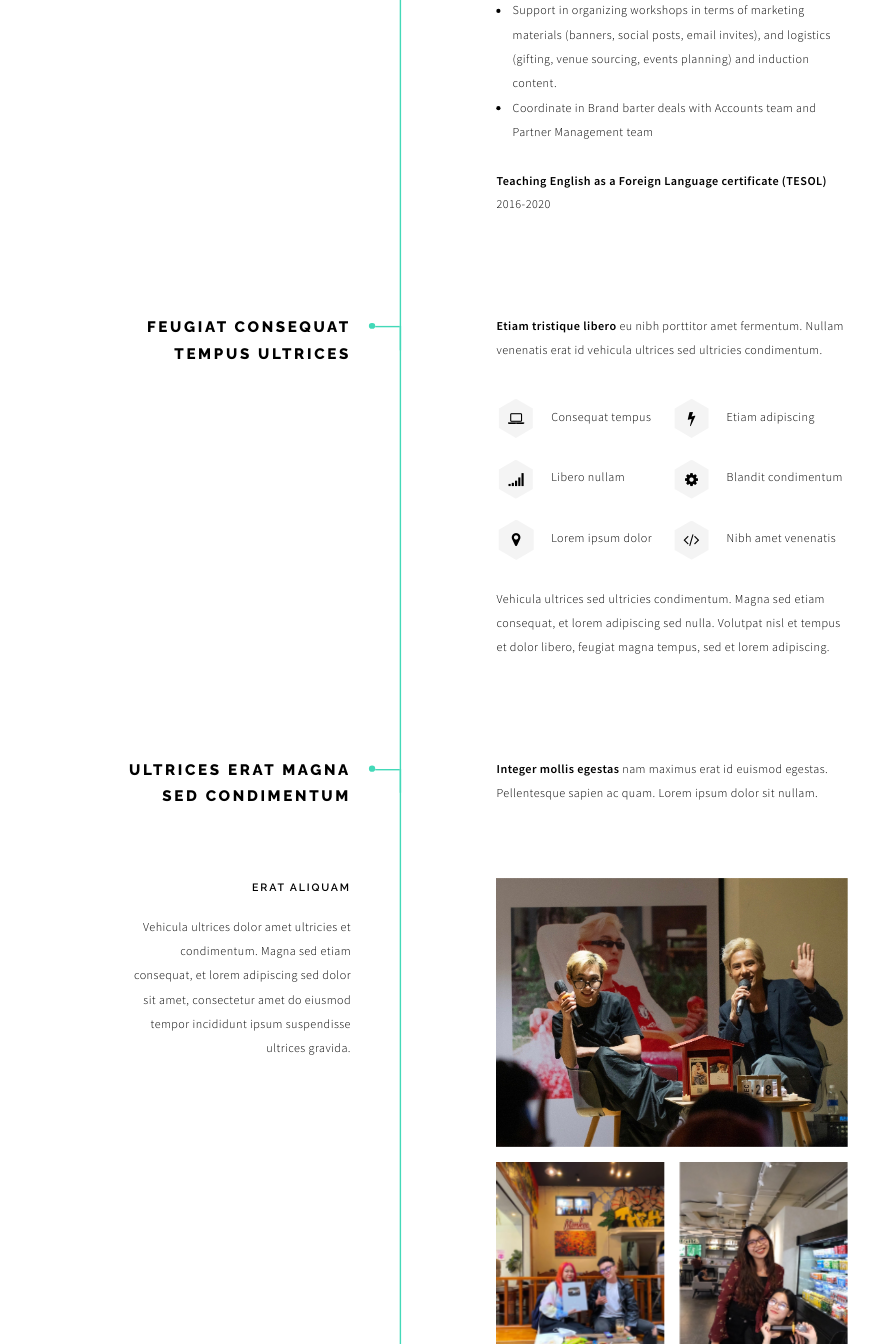
Repository: leonardin999/linh-porfolios
Page: index.html
The author's editor kept a copy of each file at every save. The page is drawn from the files as they stood at one save, then again after the next save.
The browser window is 1280 px wide. The pictures show the part of the page from y = 1312 to 3232 px (the page is 6700 px tall before and 7393 px after), at 70% of full size.

Above is the page before, as saved 2023-01-22 21:43:11.

### index.html
<!DOCTYPE html>
<!--
	Paradigm Shift by HTML5 UP
	html5up.net | @ajlkn
	Free for personal and commercial use under the CCA 3.0 license (html5up.net/license)
-->
<html>
  <head>
    <title>Linh's Porfolio</title>
    <meta charset="utf-8" />
    <meta
      name="viewport"
      content="width=device-width, initial-scale=1, user-scalable=no"
    />
    <meta name="description" content="" />
    <meta name="keywords" content="" />
    <link rel="stylesheet" href="assets/css/main.css" />
  </head>
  <body class="is-preload">
    <!-- Wrapper -->
    <div id="wrapper">
      <!-- Intro -->
      <section class="intro">
        <header>
          <h1>PARTNERSHIP MARKETING EXECUTIVE</h1>
          <p>
            I believe in "edutainment" which can help everyone absorb knowledge
            easily. I am interested in both education and entertainment and
            combine them in my projects.
          </p>
          <ul class="actions">
            <li>
              <a href="#first" class="arrow scrolly"
                ><span class="label">Next</span></a
              >
            </li>
          </ul>
        </header>
        <div class="content">
          <span class="image fill" data-position="center"
            ><img src="images/pic01.jpg" alt=""
          /></span>
        </div>
      </section>

      <!-- Section -->
      <section id="first">
        <header>
          <h2>Experiences</h2>
        </header>
        <div class="content">
            <strong>METUB NETWORK | May, 2021 - Present</strong>
            <br><strong>Partnership Marketing Executive</strong></br>
            <ul class="">
              <li class="">Create awareness of marketing campaigns to train and educate YouTube creators to grow their channels</li>
              <li class="">Write copy for diverse marketing distributions (posters, Facebook posts for events, newsletters)</li>
              <li class="">Work closely with in-house Creative team to design marketing materials such as brochures, deck templates, newsletters, event posters</li>
              <li class="">Support in producing Monthly Newsletters to creators and YouTube partners, highlighting trending content and YouTube platform updates</li>
              <li class="">Support in partner- related projects and workshops as assigned by direct manager</li>
              <li class="">Support in organizing workshops in terms of marketing materials (banners, social posts, email invites), and logistics (gifting, venue sourcing, events planning) and induction content.</li>
              <li class="">Coordinate in Brand barter deals with Accounts team and Partner Management team</li>
            </ul>

            <strong>Teaching English as a Foreign Language certificate (TESOL)</strong>
            <br>2016-2020</br>
          </p>
        </div>
      </section>

      <!-- Section -->
      <section>
        <header>
          <h2>Feugiat consequat tempus ultrices</h2>
        </header>
        <div class="content">
          <p>
            <strong>Etiam tristique libero</strong> eu nibh porttitor amet
            fermentum. Nullam venenatis erat id vehicula ultrices sed ultricies
            condimentum.
          </p>
          <ul class="feature-icons">
            <li class="icon fa-laptop">Consequat tempus</li>
            <li class="icon fa-bolt">Etiam adipiscing</li>
            <li class="icon fa-signal">Libero nullam</li>
            <li class="icon fa-gear">Blandit condimentum</li>
            <li class="icon fa-map-marker">Lorem ipsum dolor</li>
            <li class="icon fa-code">Nibh amet venenatis</li>
          </ul>
          <p>
            Vehicula ultrices sed ultricies condimentum. Magna sed etiam
            consequat, et lorem adipiscing sed nulla. Volutpat nisl et tempus et
            dolor libero, feugiat magna tempus, sed et lorem adipiscing.
          </p>
        </div>
      </section>

      <!-- Section -->
      <section>
        <header>
          <h2>Ultrices erat magna sed condimentum</h2>
        </header>
        <div class="content">
          <p>
            <strong>Integer mollis egestas</strong> nam maximus erat id euismod
            egestas. Pellentesque sapien ac quam. Lorem ipsum dolor sit nullam.
          </p>

          <!-- Section -->
          <section>
            <header>
              <h3>Erat aliquam</h3>
              <p>
                Vehicula ultrices dolor amet ultricies et condimentum. Magna sed
                etiam consequat, et lorem adipiscing sed dolor sit amet,
                consectetur amet do eiusmod tempor incididunt ipsum suspendisse
                ultrices gravida.
              </p>
            </header>
            <div class="content">
              <div class="gallery">
                <a href="images/gallery/fulls/01.jpg" class="landscape"
                  ><img src="images/gallery/thumbs/01.jpg" alt=""
                /></a>
                <a href="images/gallery/fulls/02.jpg"
                  ><img src="images/gallery/thumbs/02.jpg" alt=""
                /></a>
                <a href="images/gallery/fulls/03.jpg"
                  ><img src="images/gallery/thumbs/03.jpg" alt=""
                /></a>
                <a href="images/gallery/fulls/04.jpg" class="landscape"
                  ><img src="images/gallery/thumbs/04.jpg" alt=""
                /></a>
              </div>
            </div>
          </section>

          <!-- Section -->
          <section>
            <header>
              <h3>Nisl consequat</h3>
              <p>
                Aenean ornare velit lacus, ac varius enim ullamcorper eu. Proin
                aliquam sed facilisis ante interdum congue. Integer mollis, nisl
                amet convallis, porttitor magna ullamcorper, amet mauris. Ut
                magna finibus nisi nec lacinia ipsum maximus.
              </p>
            </header>
            <div class="content">
              <div class="gallery">
                <a href="images/gallery/fulls/05.jpg" class="landscape"
                  ><img src="images/gallery/thumbs/05.jpg" alt=""
                /></a>
                <a href="images/gallery/fulls/06.jpg"
                  ><img src="images/gallery/thumbs/06.jpg" alt=""
                /></a>
                <a href="images/gallery/fulls/07.jpg"
                  ><img src="images/gallery/thumbs/07.jpg" alt=""
                /></a>
              </div>
            </div>
          </section>

          <!-- Section -->
          <section>
            <header>
              <h3>Lorem gravida</h3>
              <p>
                Proin aliquam facilisis ante interdum. Sed nulla amet lorem
                feugiat tempus aenean ornare velit lacus, ac varius sed enim
                lorem ullamcorper dolore. ac varius enim lorem ullamcorper
                dolore. Proin aliquam facilisis.
              </p>
            </header>
            <div class="content">
              <div class="gallery">
                <a href="images/gallery/fulls/08.jpg" class="portrait"
                  ><img src="images/gallery/thumbs/08.jpg" alt=""
                /></a>
                <a href="images/gallery/fulls/09.jpg" class="portrait"
                  ><img src="images/gallery/thumbs/09.jpg" alt=""
                /></a>
                <a href="images/gallery/fulls/10.jpg" class="landscape"
                  ><img src="images/gallery/thumbs/10.jpg" alt=""
                /></a>
              </div>
            </div>
          </section>
        </div>
      </section>

      <!-- Section -->
      <section>
        <header>
          <h2>Duis sed adpiscing veroeros amet</h2>
        </header>
        <div class="content">
          <p>
            <strong>Proin tempus feugiat</strong> sed varius enim lorem
            ullamcorper dolore aliquam aenean ornare velit lacus, ac varius enim
            lorem ullamcorper dolore.
          </p>
          <ul class="actions">
            <li><a href="#" class="button primary large">Get Started</a></li>
            <li><a href="#" class="button large">Learn More</a></li>
          </ul>
        </div>
      </section>

      <!-- Elements -->
      <!--
					<section>
						<header>
							<h2>Elements</h2>
						</header>
						<div class="content">

							<section>
								<header>
									<h3>Text</h3>
								</header>
								<div class="content">
									<p>This is <b>bold</b> and this is <strong>strong</strong>. This is <i>italic</i> and this is <em>emphasized</em>.
									This is <sup>superscript</sup> text and this is <sub>subscript</sub> text.
									This is <u>underlined</u> and this is code: <code>for (;;) { ... }</code>. Finally, <a href="#">this is a link</a>.</p>
									<hr />
									<h2>Heading Level 2</h2>
									<h3>Heading Level 3</h3>
									<h4>Heading Level 4</h4>
									<h5>Heading Level 5</h5>
									<hr />
									<h5>Blockquote</h5>
									<blockquote>Fringilla nisl. Donec accumsan interdum nisi, quis tincidunt felis sagittis eget tempus euismod. Vestibulum ante ipsum primis in faucibus vestibulum. Blandit adipiscing eu felis iaculis volutpat ac adipiscing accumsan faucibus. Vestibulum ante ipsum primis in faucibus lorem ipsum dolor sit amet nullam adipiscing eu felis.</blockquote>
									<h5>Preformatted</h5>
									<pre><code>i = 0;

while (!deck.isInOrder()) {
  print 'Iteration ' + i;
  deck.shuffle();
  i++;
}

print 'Sorted in ' + i + ' iterations.';</code></pre>
								</div>
							</section>

							<section>
								<header>
									<h3>Lists</h3>
								</header>
								<div class="content">

									<h4>Unordered</h4>
									<ul>
										<li>Dolor pulvinar etiam.</li>
										<li>Sagittis adipiscing.</li>
										<li>Felis enim feugiat.</li>
									</ul>

									<h4>Alternate</h4>
									<ul class="alt">
										<li>Dolor pulvinar etiam.</li>
										<li>Sagittis adipiscing.</li>
										<li>Felis enim feugiat.</li>
									</ul>

									<h4>Ordered</h4>
									<ol>
										<li>Dolor pulvinar etiam.</li>
										<li>Etiam vel felis viverra.</li>
										<li>Felis enim feugiat.</li>
										<li>Dolor pulvinar etiam.</li>
										<li>Etiam vel felis lorem.</li>
										<li>Felis enim et feugiat.</li>
									</ol>
									<h4>Icons</h4>
									<ul class="icons">
										<li><a href="#" class="icon fa-twitter"><span class="label">Twitter</span></a></li>
										<li><a href="#" class="icon fa-facebook"><span class="label">Facebook</span></a></li>
										<li><a href="#" class="icon fa-instagram"><span class="label">Instagram</span></a></li>
										<li><a href="#" class="icon fa-github"><span class="label">Github</span></a></li>
									</ul>

									<h4>Actions</h4>
									<ul class="actions">
										<li><a href="#" class="button primary">Default</a></li>
										<li><a href="#" class="button">Default</a></li>
									</ul>
									<ul class="actions stacked">
										<li><a href="#" class="button primary">Default</a></li>
										<li><a href="#" class="button">Default</a></li>
									</ul>
								</div>
							</section>

							<section>
								<header>
									<h3>Table</h3>
								</header>
								<div class="content">
									<h4>Default</h4>
									<div class="table-wrapper">
										<table>
											<thead>
												<tr>
													<th>Name</th>
													<th>Description</th>
													<th>Price</th>
												</tr>
											</thead>
											<tbody>
												<tr>
													<td>Item One</td>
													<td>Ante turpis integer aliquet porttitor.</td>
													<td>29.99</td>
												</tr>
												<tr>
													<td>Item Two</td>
													<td>Vis ac commodo adipiscing arcu aliquet.</td>
													<td>19.99</td>
												</tr>
												<tr>
													<td>Item Three</td>
													<td> Morbi faucibus arcu accumsan lorem.</td>
													<td>29.99</td>
												</tr>
												<tr>
													<td>Item Four</td>
													<td>Vitae integer tempus condimentum.</td>
													<td>19.99</td>
												</tr>
												<tr>
													<td>Item Five</td>
													<td>Ante turpis integer aliquet porttitor.</td>
													<td>29.99</td>
												</tr>
											</tbody>
											<tfoot>
												<tr>
													<td colspan="2"></td>
													<td>100.00</td>
												</tr>
											</tfoot>
										</table>
									</div>

									<h4>Alternate</h4>
									<div class="table-wrapper">
										<table class="alt">
											<thead>
												<tr>
													<th>Name</th>
													<th>Description</th>
													<th>Price</th>
												</tr>
											</thead>
											<tbody>
												<tr>
													<td>Item One</td>
													<td>Ante turpis integer aliquet porttitor.</td>
													<td>29.99</td>
												</tr>
												<tr>
													<td>Item Two</td>
													<td>Vis ac commodo adipiscing arcu aliquet.</td>
													<td>19.99</td>
												</tr>
												<tr>
													<td>Item Three</td>
													<td> Morbi faucibus arcu accumsan lorem.</td>
													<td>29.99</td>
												</tr>
												<tr>
													<td>Item Four</td>
													<td>Vitae integer tempus condimentum.</td>
													<td>19.99</td>
												</tr>
												<tr>
													<td>Item Five</td>
													<td>Ante turpis integer aliquet porttitor.</td>
													<td>29.99</td>
												</tr>
											</tbody>
											<tfoot>
												<tr>
													<td colspan="2"></td>
													<td>100.00</td>
												</tr>
											</tfoot>
										</table>
									</div>
								</div>
							</section>

							<section>
								<header>
									<h3>Buttons</h3>
								</header>
								<div class="content">
									<ul class="actions">
										<li><a href="#" class="button primary">Primary</a></li>
										<li><a href="#" class="button">Default</a></li>
									</ul>
									<ul class="actions">
										<li><a href="#" class="button large">Large</a></li>
										<li><a href="#" class="button">Default</a></li>
										<li><a href="#" class="button small">Small</a></li>
									</ul>
									<ul class="actions">
										<li><a href="#" class="button primary icon fa-download">Icon</a></li>
										<li><a href="#" class="button icon fa-download">Icon</a></li>
									</ul>
									<ul class="actions">
										<li><span class="button primary disabled">Disabled</span></li>
										<li><span class="button disabled">Disabled</span></li>
									</ul>
								</div>
							</section>

							<section>
								<header>
									<h3>Form</h3>
								</header>
								<div class="content">
									<form method="post" action="#">
										<div class="fields">
											<div class="field half">
												<label for="demo-name">Name</label>
												<input type="text" name="demo-name" id="demo-name" value="" placeholder="Jane Doe" />
											</div>
											<div class="field half">
												<label for="demo-email">Email</label>
												<input type="email" name="demo-email" id="demo-email" value="" placeholder="jane@untitled.tld" />
											</div>
											<div class="field">
												<label for="demo-category">Category</label>
												<select name="demo-category" id="demo-category">
													<option value="">-</option>
													<option value="1">Manufacturing</option>
													<option value="1">Shipping</option>
													<option value="1">Administration</option>
													<option value="1">Human Resources</option>
												</select>
											</div>
											<div class="field half">
												<input type="radio" id="demo-priority-low" name="demo-priority" checked>
												<label for="demo-priority-low">Low</label>
											</div>
											<div class="field half">
												<input type="radio" id="demo-priority-high" name="demo-priority">
												<label for="demo-priority-high">High</label>
											</div>
											<div class="field half">
												<input type="checkbox" id="demo-copy" name="demo-copy">
												<label for="demo-copy">Email me a copy</label>
											</div>
											<div class="field half">
												<input type="checkbox" id="demo-human" name="demo-human" checked>
												<label for="demo-human">Not a robot</label>
											</div>
											<div class="field">
												<label for="demo-message">Message</label>
												<textarea name="demo-message" id="demo-message" placeholder="Enter your message" rows="6"></textarea>
											</div>
										</div>
										<ul class="actions">
											<li><input type="submit" value="Send Message" class="primary" /></li>
											<li><input type="reset" value="Reset" /></li>
										</ul>
									</form>
								</div>
							</section>

						</div>
					</section>
				-->

      <!-- Section -->
      <section>
        <header>
          <h2>Get in touch</h2>
        </header>
        <div class="content">
          <p>
            <strong>Auctor commodo</strong> interdum et malesuada fames ac ante
            ipsum primis in faucibus. Pellentesque venenatis dolor imperdiet
            dolor mattis sagittis.
          </p>
          <form>
            <div class="fields">
              <div class="field half">
                <input type="text" name="name" id="name" placeholder="Name" />
              </div>
              <div class="field half">
                <input
                  type="email"
                  name="email"
                  id="email"
                  placeholder="Email"
                />
              </div>
              <div class="field">
                <textarea
                  name="message"
                  id="message"
                  placeholder="Message"
                  rows="7"
                ></textarea>
              </div>
            </div>
            <ul class="actions">
              <li>
                <input
                  type="submit"
                  value="Send Message"
                  class="button primary"
                />
              </li>
            </ul>
          </form>
        </div>
        <footer>
          <ul class="items">
            <li>
              <h3>Email</h3>
              <a href="#">information@untitled.ext</a>
            </li>
            <li>
              <h3>Phone</h3>
              <a href="#">(000) 000-0000</a>
            </li>
            <li>
              <h3>Address</h3>
              <span>1234 Somewhere Road, Nashville, TN 00000</span>
            </li>
            <li>
              <h3>Elsewhere</h3>
              <ul class="icons">
                <li>
                  <a href="#" class="icon fa-twitter"
                    ><span class="label">Twitter</span></a
                  >
                </li>
                <li>
                  <a href="#" class="icon fa-facebook"
                    ><span class="label">Facebook</span></a
                  >
                </li>
                <li>
                  <a href="#" class="icon fa-instagram"
                    ><span class="label">Instagram</span></a
                  >
                </li>
                <li>
                  <a href="#" class="icon fa-linkedin"
                    ><span class="label">LinkedIn</span></a
                  >
                </li>
                <li>
                  <a href="#" class="icon fa-github"
                    ><span class="label">GitHub</span></a
                  >
                </li>
                <li>
                  <a href="#" class="icon fa-codepen"
                    ><span class="label">Codepen</span></a
                  >
                </li>
              </ul>
            </li>
          </ul>
        </footer>
      </section>

      <!-- Copyright -->
      <div class="copyright">
        &copy; Untitled. All rights reserved. Design:
        <a href="https://html5up.net">HTML5 UP</a>. Distributed by
        <a href="https://themewagon.com/">ThemeWagon</a>
      </div>
    </div>

    <!-- Scripts -->
    <script src="assets/js/jquery.min.js"></script>
    <script src="assets/js/jquery.scrolly.min.js"></script>
    <script src="assets/js/browser.min.js"></script>
    <script src="assets/js/breakpoints.min.js"></script>
    <script src="assets/js/util.js"></script>
    <script src="assets/js/main.js"></script>
  </body>
</html>

Loaded but not shown: assets/css/font-awesome.min.css (library); assets/js/jquery.min.js (library); assets/js/jquery.scrolly.min.js (common file); assets/js/browser.min.js (common file); assets/js/breakpoints.min.js (common file); assets/js/util.js (587 lines, source omitted); assets/js/main.js (208 lines, source omitted); assets/css/main.css (3922 lines, source omitted)

After the next save:
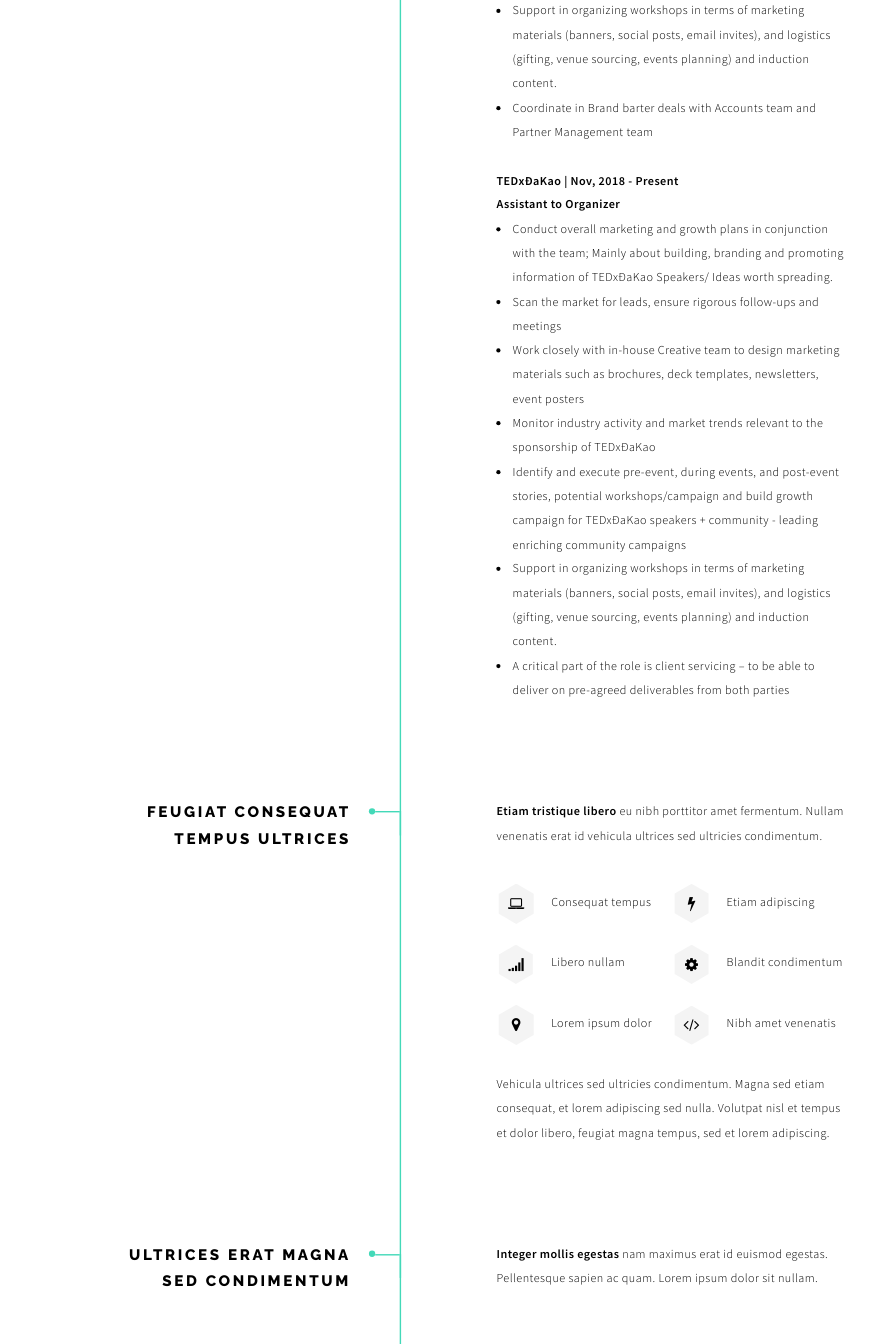
Saved 3 min 9 s later.
--- a/index.html
+++ b/index.html
@@ -61,8 +61,17 @@
               <li class="">Coordinate in Brand barter deals with Accounts team and Partner Management team</li>
             </ul>
 
-            <strong>Teaching English as a Foreign Language certificate (TESOL)</strong>
-            <br>2016-2020</br>
+            <strong>TEDxĐaKao | Nov, 2018 - Present</strong>
+            <br><strong>Assistant to Organizer</strong></br>
+            <ul class="">
+              <li class="">Conduct overall marketing and growth plans in conjunction with the team; Mainly about building, branding and promoting information of TEDxĐaKao Speakers/ Ideas worth spreading.</li>
+              <li class="">Scan the market for leads, ensure rigorous follow-ups and meetings</li>
+              <li class="">Work closely with in-house Creative team to design marketing materials such as brochures, deck templates, newsletters, event posters</li>
+              <li class="">Monitor industry activity and market trends relevant to the sponsorship of TEDxĐaKao</li>
+              <li class="">Identify and execute pre-event, during events, and post-event stories, potential workshops/campaign and build growth campaign for TEDxĐaKao speakers + community - leading enriching community campaigns</li>
+              <li class="">Support in organizing workshops in terms of marketing materials (banners, social posts, email invites), and logistics (gifting, venue sourcing, events planning) and induction content.</li>
+              <li class="">A critical part of the role is client servicing – to be able to deliver on pre-agreed deliverables from both parties</li>
+            </ul>
           </p>
         </div>
       </section>
